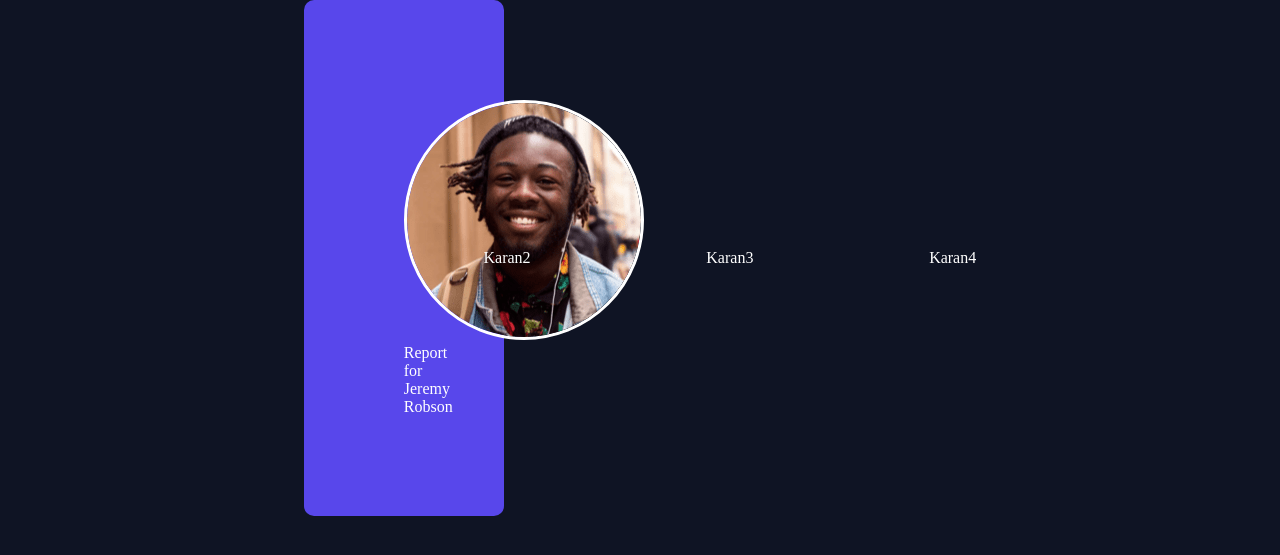
Repository: karanjain71/css-practice
Page: time-tracking-dashboard-main/index.html
An editor plug-in stored every save of this project. The page is shown before and after the next save, followed by the edit.
The browser window is 1280 px wide. The pictures show the whole page.

Above is the page before, as saved 2022-01-30 18:49:55.

After the next save:
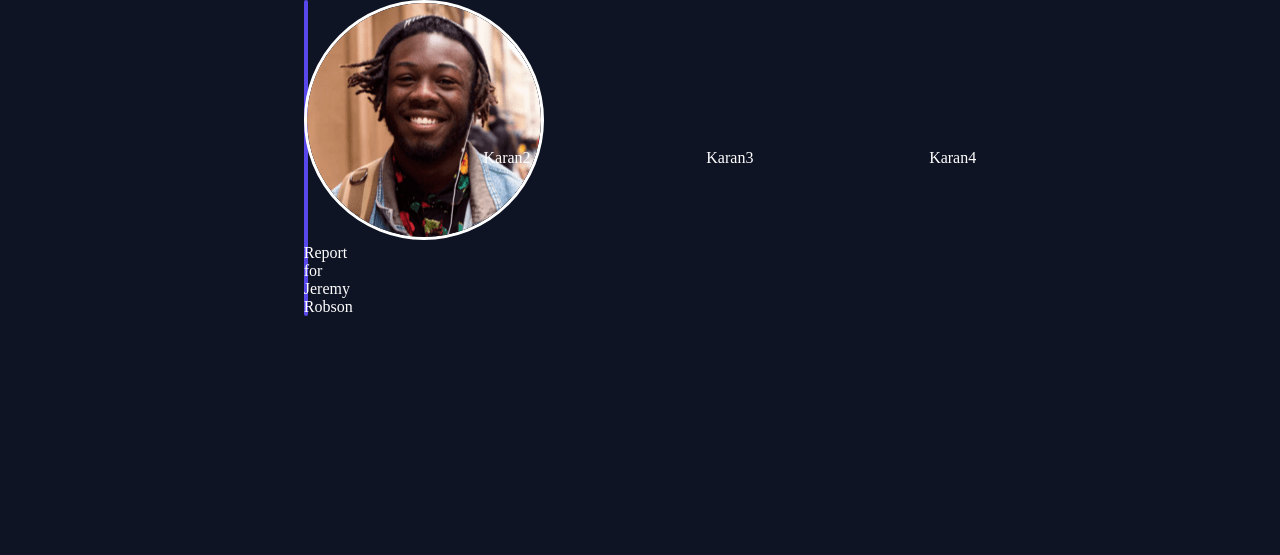
Saved 17 s later.
--- a/time-tracking-dashboard-main/styles.css
+++ b/time-tracking-dashboard-main/styles.css
@@ -35,12 +35,12 @@
 img{
     /* width: 100%; */
     /* height: 100%; */
-    /* object-fit: contain; */
+    object-fit: contain;
     border: 3px white solid;
     border-radius: 100%;
 }
 .card1-bigger {
     background-color: hsl(246, 80%, 60%);
-    padding: 100px;
+    /* padding: 100px; */
     border-radius: 10px;
 }
